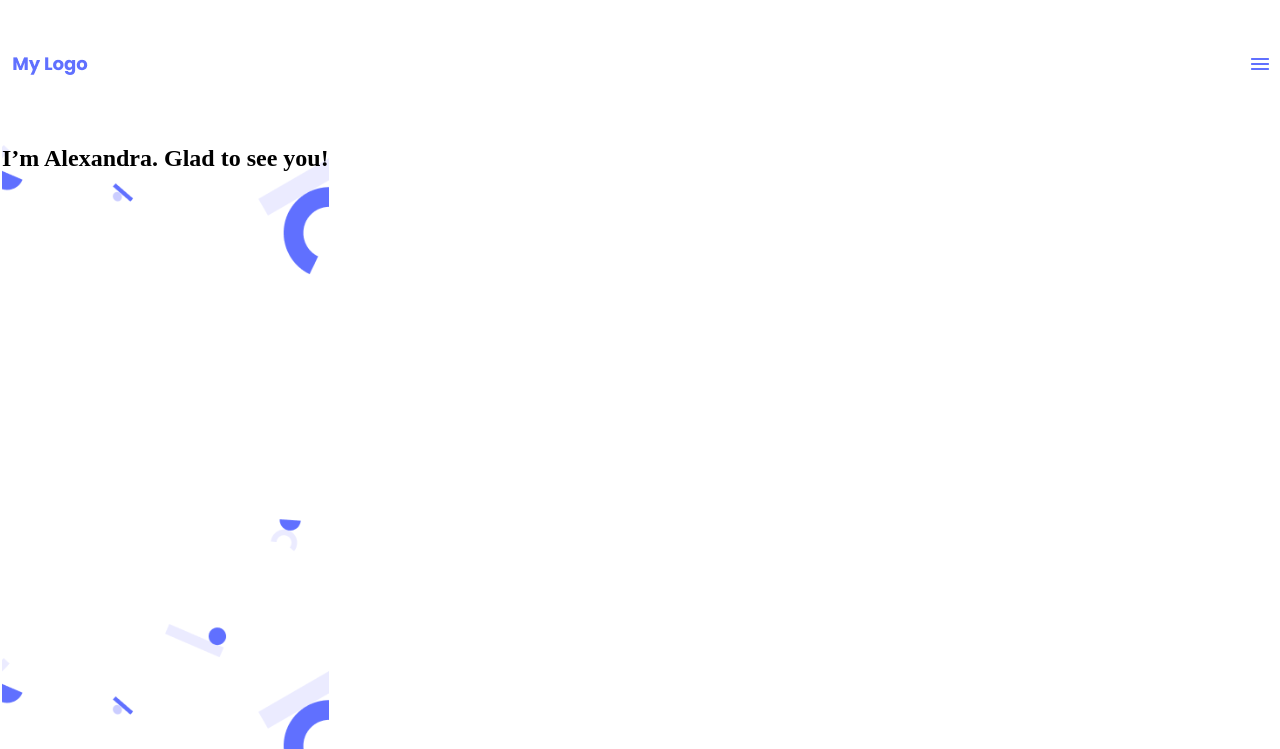
Repository: Paulinelali/potfoilo.github.io
Page: public/index.html
The author's editor kept a copy of each file at every save. The page is drawn from the files as they stood at one save, then again after the next save.
The browser window is 1280 px wide. The pictures show the whole page.

Above is the page before, as saved 2023-03-24 21:07:43.

### public/index.html
<!DOCTYPE html>
<html lang="en">
<head>
    <meta charset="UTF-8">
    <meta http-equiv="X-UA-Compatible" content="IE=edge">
    <meta name="viewport" content="width=device-width, initial-scale=1.0">
    <link rel="stylesheet" href="../styles/style.css">
    <title>Ayomide S.E.P</title>
</head>
<body>

    <header class="header header-top">
        <div class="header-inner sp-btw-flex">
            <div class="heoader-log">
                <img src="../assets/Logo Placeholder.png" alt="">
            </div>
            <div class="header-mobile-icon">
                <img src="../assets/Normal Button/Tertiary/Enabled.png" alt="">
            </div>
        </div>
    </header>

    <section class="intro-section">
        <h2>I’m Alexandra.
            Glad to see you!</h2>
    </section>
</body>
</html>

### styles/style.css
*{
    box-sizing: border-box;
    padding: 0px;
    margin: 0px;
}

.intro-section{
    background-image: url("../assets/header-shapes\ mobile.png");
    background-size: contain;
    position: absolute;
    top: 145px;
    height: 604px;
    left: 2px;

}


.header-inner{
    position: absolute;
    width: 100%;
    height: 48px;
    top: 44px;
    display: flex;
    justify-content: space-between;
}

.sp-btw-flex{ display: flex;}
.sp-btw-fle .heoader-log{
    width: 40px;
    height: 40px;
    left: 24px;
    top: cal(50% -40px/2);
    border-radius: 8px;
    -webkit-border-radius: 8px;
    -moz-border-radius: 8px;
    -ms-border-radius: 8px;
    -o-border-radius: 8px;
}

.header-mobile-icon{
    width: 40px;
    height: 40px;
    right: 24px;
    top: cal(50% -40px/2);
    border-radius: 8px;
    -webkit-border-radius: 8px;
    -moz-border-radius: 8px;
    -ms-border-radius: 8px;
    -o-border-radius: 8px;
}

After the next save:
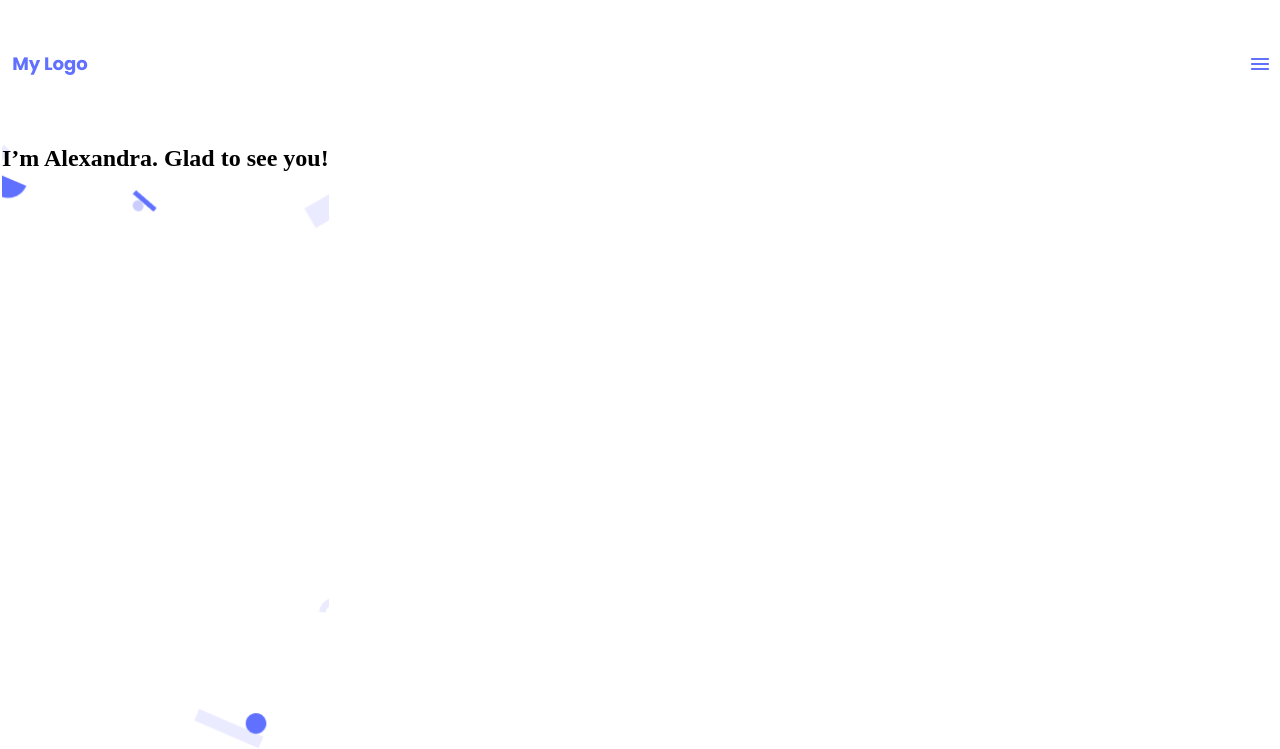
Saved 6 s later.
--- a/styles/style.css
+++ b/styles/style.css
@@ -6,7 +6,7 @@
 
 .intro-section{
     background-image: url("../assets/header-shapes\ mobile.png");
-    background-size: contain;
+    background-size: cover;
     position: absolute;
     top: 145px;
     height: 604px;
